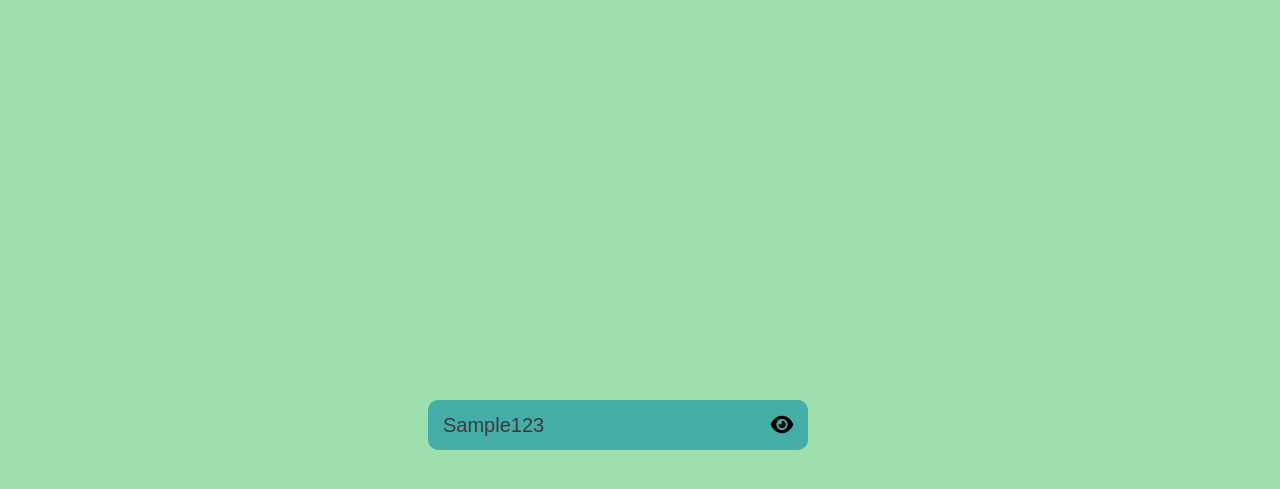
Repository: Aditya0377/Assignments
Page: Assignment/javascript practise/Password.html
The author's editor kept a copy of each file at every save. The page is drawn from the files as they stood at one save, then again after the next save.
The browser window is 1280 px wide. The pictures show the whole page.
Empty fields were first filled with sample values (such as "Sample", 5 or name@example.com).
After loading, the first visible `#check` was clicked once.
Some web libraries are served in a nearby version.

Above is the page before, as saved 2024-03-30 19:14:13.

### Assignment/javascript practise/Password.html
<!DOCTYPE html>
<html lang="en">

<head>
    <meta charset="UTF-8">
    <meta name="viewport" content="width=device-width, initial-scale=1.0">
    <title>Password</title>
    <style>
        * {
            margin: 0px;
            padding: 0px;
        }

        body {
            display: flex;
            flex-direction: column;
            justify-content: center;
            align-items: center;
            background-color: #9de0ad;
            height: 100%;
        }

        .container {
            margin-top: 400px;
        }

        #Pass {
            border: none;
            width: 350px;
            outline: none;
            height: 20px;
            padding: 15px;
            border-radius: 10px;
            background-color: #45AdA8;
            font-size: 20px;
            color: rgb(61, 58, 58);
        }

        #check {
            height: 45px;
            width: 40px;
            font-size: 20px;
            transform: translateX(-50px);
            background-color: #45AdA8;
            border: none;
        }
    </style>
    <script src="https://kit.fontawesome.com/edd85780d6.js" crossorigin="anonymous"></script>
</head>

<body>

    <div class="container"><input type="password" name="" id="Pass" placeholder="Enter your Password">
        <button id="check" onclick="passwordcheck()"> <i class="fa-solid fa-eye"></i></button>
    </div>
    <script>
        let pass = false;
        function passwordcheck() {
            let passcheck = document.getElementById("Pass");

            if (pass) {
                passcheck.type = "password";
                pass = true;
            }
            else {
                passcheck.type = "text"
                pass = false;
            }
        }
    </script>
</body>

</html>

After the next save:
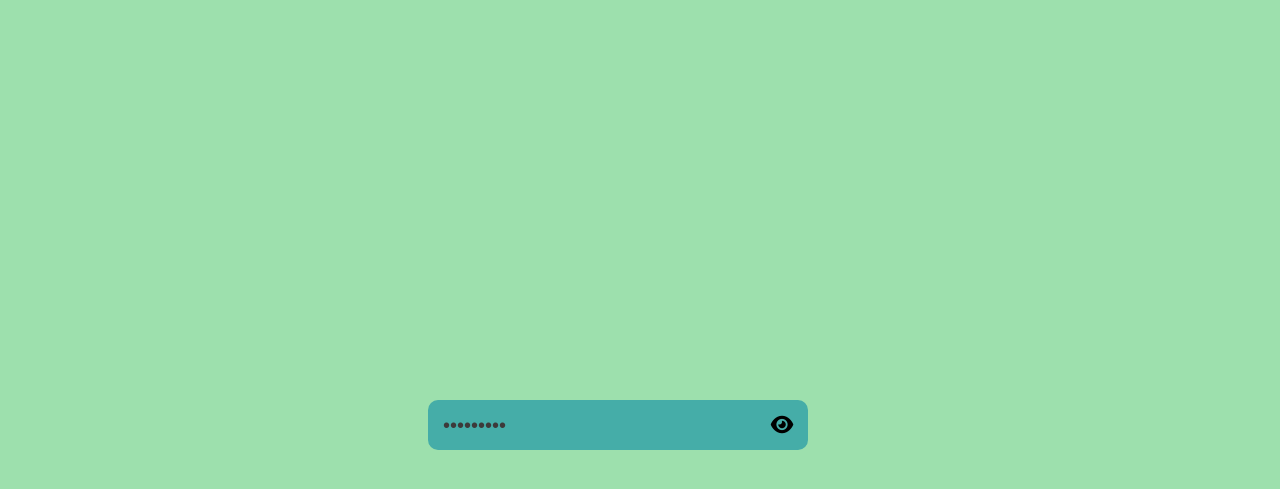
Saved 14 s later.
--- a/Assignment/javascript practise/Password.html
+++ b/Assignment/javascript practise/Password.html
@@ -58,7 +58,7 @@
         function passwordcheck() {
             let passcheck = document.getElementById("Pass");
 
-            if (pass) {
+            if (pass = true) {
                 passcheck.type = "password";
                 pass = true;
             }

After the 2 saves that followed:
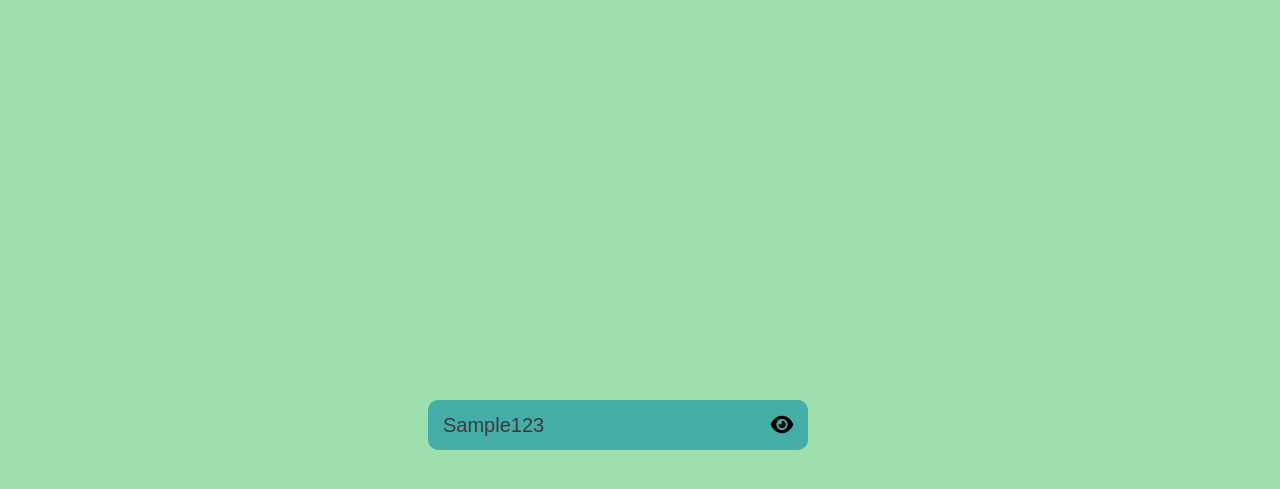
The 2 saves are shown as one change because 1 left the picture as it was.
The last was saved 21 s later.
--- a/Assignment/javascript practise/Password.html
+++ b/Assignment/javascript practise/Password.html
@@ -58,9 +58,8 @@
         function passwordcheck() {
             let passcheck = document.getElementById("Pass");
 
-            if (pass = true) {
+            if (pass) {
                 passcheck.type = "password";
-                pass = true;
             }
             else {
                 passcheck.type = "text"
